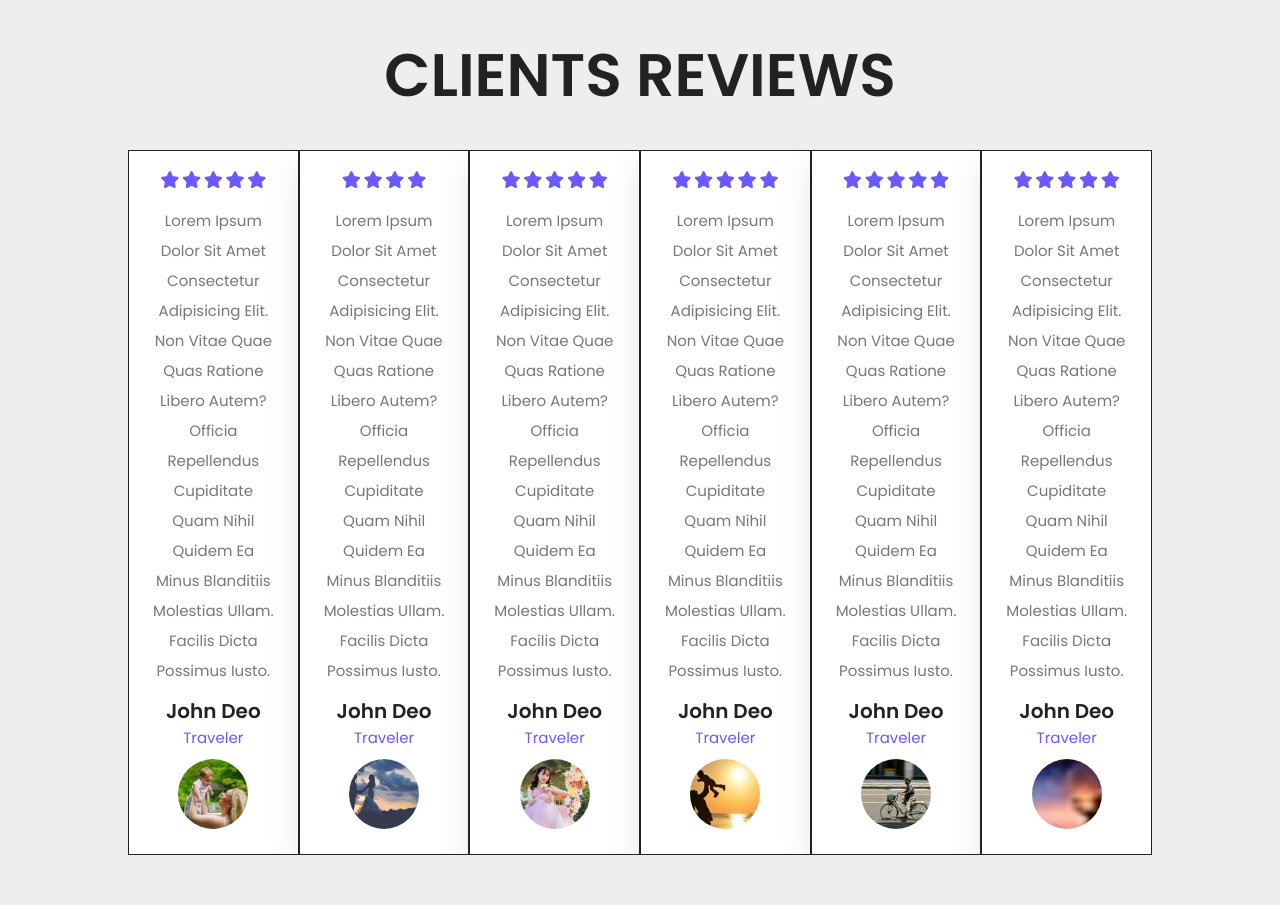
Repository: CTCuong/Traveloka-Web
Page: assets/about.html
The author's editor kept a copy of each file at every save. The page is drawn from the files as they stood at one save, then again after the next save.
The browser window is 1280 px wide. The pictures show the part of the page from y = 1059 to 1964 px (the page is 2610 px tall).
Pictures or frames that could not be fetched are drawn as grey boxes. A picture or video elsewhere on the page could not be fetched, so the positions and the page height are approximate. Backgrounds fixed to the window are drawn as part of the page.

Above is the page before, as saved 2023-07-07 11:13:57.

### assets/about.html
<!DOCTYPE html>
<html lang="en">
<head>
    <meta charset="UTF-8">
    <meta name="viewport" content="width=device-width, initial-scale=1.0">
    <title>About</title>
    <!--swiper css-->
    <link rel="stylesheet"href="https://cdn.jsdelivr.net/npm/swiper@9/swiper-bundle.min.css"/>
    <!--font awesome link-->
    <link rel="stylesheet" href="https://cdnjs.cloudflare.com/ajax/libs/font-awesome/6.4.0/css/all.min.css">
    <!-- css file link -->
    <link rel="stylesheet" href="/assets/css/style.css">
</head>
<body>
    <!-- header section starts -->
    <section class="header">
        <a href="home.html" class="logo">travel.</a>

        <nav class="navbar">
            <a href="home.html">Home</a>
            <a href="about.html">About</a>
            <a href="package.html">Package</a>
            <a href="book.html">Book</a>

        </nav>

        <div id="menu-btn" class="fas fa-bars"></div>
    </section>
    <!-- header section ends -->

    <div class="heading" style="background: url(/assets/image/About/240_F_206413834_XndsGAeui9ENStTXTna9Szj1tS5tQUZo.jpg) no-repeat;">
        <h1>about us</h1>
    </div>

    <!-- footer section starts -->


    <!-- about section starts -->
    <section class="about">
        <div class="image">

            <img src="/assets/image/About/beautiful-sunrise-fishing-dip-nets-pakpra-phatthalung-thailand_335224-816.avif" alt="">
        </div>

        <div class="content">
            <h3>why choose us?</h3>
            <p>Lorem ipsum dolor, sit amet consectetur adipisicing elit. Temporibus
            velit facilis similique incidunt laboriosam cumque accusamus cum id. Accusantium, dolore.</p>
            <p>Lorem ipsum dolor sit amet consectetur adipisicing elit. Consequatur quis inventore nisi
            velit! Perferendis cum cupiditate explicabo, rerum eos suscipit et asperiores quasi rem delectus
            vel alias similique, perspiciatis fuga.</p>

            <div class="icons-container">
                <div class="icons">
                    <i class="fas fa-map"></i>
                    <span>top destinations</span>
                </div>

                <div class="icons">
                    <i class="fas fa-hand-holding-usd"></i>
                    <span>affordable price</span>
                </div>

                <div class="icons">
                    <i class="fas fa-headset"></i>
                    <span>24/7 guide service</span>
                </div>

            </div>

        </div>

    </section>
    <!-- about section ends -->

    <!-- reviews section starts -->

    <section class="reviews">

        <h1 class="heading-title"> clients reviews </h1>

        <div class=" swiper reviews-slider">

            <div class="swiper-wrapper">

                <div class="swiper-slider slide">
                    <div class="stars">
                        <i class="fas fa-star"></i>
                        <i class="fas fa-star"></i>
                        <i class="fas fa-star"></i>
                        <i class="fas fa-star"></i>
                        <i class="fas fa-star"></i>
                    </div>
                    <p>Lorem ipsum dolor sit amet consectetur adipisicing elit.
                    Non vitae quae quas ratione libero autem? Officia repellendus cupiditate quam nihil
                    quidem ea minus blanditiis molestias ullam. Facilis dicta possimus iusto.</p>
                    <h3>john deo</h3>
                    <span>traveler</span>
                    <img src="/assets/image/reviews/1.jpg" alt="">
                </div>

                <div class="swiper-slider slide">
                    <div class="stars">

                        <i class="fas fa-star"></i>
                        <i class="fas fa-star"></i>
                        <i class="fas fa-star"></i>
                        <i class="fas fa-star"></i>
                    </div>
                    <p>Lorem ipsum dolor sit amet consectetur adipisicing elit.
                    Non vitae quae quas ratione libero autem? Officia repellendus cupiditate quam nihil
                    quidem ea minus blanditiis molestias ullam. Facilis dicta possimus iusto.</p>
                    <h3>john deo</h3>
                    <span>traveler</span>
                    <img src="/assets/image/reviews/2.jpg" alt="">
                </div>

                <div class="swiper-slider slide">
                    <div class="stars">

                        <i class="fas fa-star"></i>
                        <i class="fas fa-star"></i>
                        <i class="fas fa-star"></i>
                        <i class="fas fa-star"></i>
                        <i class="fas fa-star"></i>
                    </div>
                    <p>Lorem ipsum dolor sit amet consectetur adipisicing elit.
                    Non vitae quae quas ratione libero autem? Officia repellendus cupiditate quam nihil
                    quidem ea minus blanditiis molestias ullam. Facilis dicta possimus iusto.</p>
                    <h3>john deo</h3>
                    <span>traveler</span>
                    <img src="/assets/image/reviews/3.jpg" alt="">
                </div>

                <div class="swiper-slider slide">
                    <div class="stars">

                        <i class="fas fa-star"></i>
                        <i class="fas fa-star"></i>
                        <i class="fas fa-star"></i>
                        <i class="fas fa-star"></i>
                        <i class="fas fa-star"></i>
                    </div>
                    <p>Lorem ipsum dolor sit amet consectetur adipisicing elit.
                    Non vitae quae quas ratione libero autem? Officia repellendus cupiditate quam nihil
                    quidem ea minus blanditiis molestias ullam. Facilis dicta possimus iusto.</p>
                    <h3>john deo</h3>
                    <span>traveler</span>
                    <img src="/assets/image/reviews/4.jpg" alt="">
                </div>

                <div class="swiper-slider slide">
                    <div class="stars">

                        <i class="fas fa-star"></i>
                        <i class="fas fa-star"></i>
                        <i class="fas fa-star"></i>
                        <i class="fas fa-star"></i>
                        <i class="fas fa-star"></i>
                    </div>
                    <p>Lorem ipsum dolor sit amet consectetur adipisicing elit.
                    Non vitae quae quas ratione libero autem? Officia repellendus cupiditate quam nihil
                    quidem ea minus blanditiis molestias ullam. Facilis dicta possimus iusto.</p>
                    <h3>john deo</h3>
                    <span>traveler</span>
                    <img src="/assets/image/reviews/5.jpg" alt="">
                </div>

                <div class="swiper-slider slide">
                    <div class="stars">

                        <i class="fas fa-star"></i>
                        <i class="fas fa-star"></i>
                        <i class="fas fa-star"></i>
                        <i class="fas fa-star"></i>
                        <i class="fas fa-star"></i>
                    </div>
                    <p>Lorem ipsum dolor sit amet consectetur adipisicing elit.
                    Non vitae quae quas ratione libero autem? Officia repellendus cupiditate quam nihil
                    quidem ea minus blanditiis molestias ullam. Facilis dicta possimus iusto.</p>
                    <h3>john deo</h3>
                    <span>traveler</span>
                    <img src="/assets/image/reviews/6.jpg" alt="">
                </div>

            </div>

        </div>
    </section>
    <!-- reviews section ends -->


    <section class="footer">
        <div class="box-container">

            <div class="box">
                <h3>quick links</h3>
                <a href="home.html"><i class="fas fa-angle-right"></i>Home</a>
                <a href="about.html"><i class="fas fa-angle-right"></i>About</a>
                <a href="package.html"><i class="fas fa-angle-right"></i>Package</a>
                <a href="book.html"><i class="fas fa-angle-right"></i>Book</a>
            </div>

            <div class="box">
                <h3>extra links</h3>
                <a href="#"><i class="fas fa-angle-right"></i> ask question</a>
                <a href="#"><i class="fas fa-angle-right"></i> about us</a>
                <a href="#"><i class="fas fa-angle-right"></i> privacy policy</a>
                <a href="#"><i class="fas fa-angle-right"></i> terms of use</a>
            </div>

            <div class="box">
                <h3>contract info</h3>
                <a href="#"><i class="fas fa-phone"></i> +84 098-326-789 </a>
                <a href="#"><i class="fas fa-phone"></i> +84 023-908-7865 </a>
                <a href="#"><i class="fas fa-envelope"></i> travekhanas@gmail.com </a>
                <a href="#"><i class="fas fa-map"></i> HaNoi, VietNam   </a>
            </div>

            <div class="box">
                <h3>follow us</h3>
                <a href="#"><i class="fab fa-facebook"></i> facebook </a>
                <a href="#"><i class="fab fa-twitter"></i> twitter </a>
                <a href="#"><i class="fab fa-instagram"></i> instagram </a>
                <a href="#"><i class="fab fa-telegram"></i> telegram </a>
            </div>

        </div>

        <div class="credit"> created by <span>mr. Cao Tran Cuong</span> | all rights reserved! </div>
    </section>
    <!-- footer section ends -->

    <!--swiper js-->
    <script src="https://cdn.jsdelivr.net/npm/swiper@9/swiper-bundle.min.js"></script>
    <!-- js file link -->
    <script src="/assets/js/scrip.js"></script>
</body>
</html>

### assets/css/style.css
@import url('https://fonts.googleapis.com/css2?family=Poppins:ital,wght@0,100;0,200;0,300;0,400;0,500;0,600;1,100;1,200;1,300;1,400;1,500;1,600&display=swap');

:root {
    --main-color:#6A5AF9;
    --black:#222;
    --white: #fff;
    --light-black:#777;
    --light-white:#fff9;
    --drak-bg:rgba(0,0,0,.7);
    --light-bg:#eee;
    --border: .1rem solid #222;
    --text-shadow:0 1.5rem 3rem rgba(0,0,0,.3);
    --box-shadow:0 1.5rem 3rem rgba(0,0,0,.1);
}
* {
    font-family: 'Poppins', sans-serif;
    margin: 0; padding: 0;
    outline: none;border: none;
    box-sizing: border-box;
    text-decoration: none;
    text-transform: capitalize;

}

html {
    font-size: 62.5%;
    overflow-x: hidden;
}

html::-webkit-scrollbar {
    width : 1rem;
}

html::-webkit-scrollbar-track {
    background-color: var(--white);
}

html::-webkit-scrollbar-thumb {
    background-color: var(--main-color);
}
section {
    padding: 5rem 10%;
}
.header {
    position: sticky;
    top:0; left: 0; right: 0;
    z-index: 1000;
    background-color: var(--white);
    display: flex;
    padding-top: 2rem;
    padding-bottom: 2rem;
    box-shadow: var(--box-shadow);
    align-items: center;
    justify-content:space-between;
}

.header .logo {
    font-size: 2.5rem;
    color: var(--black);
}

.header .navbar a {
    font-size: 2rem;
    margin-left: 2rem;
    color: var(--black);
}

#menu-btn {
    font-size: 2.5rem;
    color: var(--black);
    cursor: pointer;
    display: none;
}

.home {
    padding: 0;
}

.home .slide {
    text-align: center;
    padding: 2rem;
    display: flex;
    align-items: center;
    justify-content: center;
    background-size: cover !important;
    background-position: center !important;
    min-height: 60rem;
}

.home .slide .content {
    width: 85rem;
    display: none;
}

.home .swiper-slide-active .content {
    display: inline-block;
}

.home .slide .content span {
    display: block;
    font-size: 2.2rem;
    color: var(--light-white);
    padding-bottom: 1rem;
    animation:fadeIn .4s linear backwards .2s;
}

.home .slide .content h3 {
    font-size: 6vw;
    color: var(--white);
    text-transform: uppercase;
    line-height: 1;
    text-shadow: var(--text-shadow);
    padding: 1rem 0;
    animation:fadeIn .4s linear backwards .4s;
}

.home .slide .content .btn {
    animation:fadeIn .4s linear backwards .6s;
}


@keyframes fadeIn {
    0% {
        transform: scale(0);
        opacity: 0;
    }
}


.heading {
    background-size: cover !important;
    background-position: center !important;
    padding-top: 10rem;
    padding-bottom: 15rem;
    display: flex;
    align-items: center;
    justify-content: center;
}

.heading h1 {
    font-size: 10rem;
    text-transform: uppercase;
    color: var(--white);
    text-shadow: var(--box-shadow);
}

.about {
    display: flex;
    align-items: center;
    flex-wrap: wrap;
    gap:3rem;
}

.about .image {
    flex: 1 1 41rem;
}

.about .image img {
    width: 100%;
}

.about .content {
    flex: 1 1 41rem;
    text-align: center;
}

.about .content h3 {
    font-size: 3rem;
    color: var(--black);
}

.about .content p {
    font-size: 1.5rem;
    color: var(--light-black);
    line-height: 2;
    padding: 1rem 0;
}

.about .content .icons-container {
    margin-top: 2rem;
    display: flex;
    flex-wrap: wrap;
    gap :1.5rem;
    align-items: flex-end;
}

.about .content .icons-container .icons {
    background: var(--light-bg);
    padding: 2rem;
    flex: 1 1  10rem;
}

.about .content .icons-container .icons i {
    font-size: 4rem;
    margin-top: 2rem;
    color:  var(--main-color);
}

.about .content .icons-container .icons span {
    font-size: 1.5rem;
    color: var(--light-black);
    display: block;
}

.reviews {
    background: var(--light-bg);
}

.reviews .slide {
    padding: 2rem;
    border: var(--border);
    background: var(--white);
    text-align: center;
    box-shadow: var(--box-shadow);
    user-select: none;
}

.reviews .slide .stars i {
    font-size: 1.7rem;
    color: var(--main-color);
}

.reviews .slide p {
    font-size: 1.5rem;
    color: var(--light-black);
    line-height: 2;
    padding: 1rem 0;
}

.reviews .slide h3 {
    font-size: 2rem;
    color: var(--black);
}

.reviews .slide span {
    font-size: 1.5rem;
    color: var(--main-color);
    display: block;
}

.reviews .slide img {
    height: 7rem;
    width: 7rem;
    border-radius: 50%;
    object-fit: cover;
    margin-top: 1rem;
}

.reviews .slide .stars {
    padding-bottom: .5rem;
}




.btn {
    display: inline-block;
    background: var(--black);
    margin-top: 1rem;
    color: var(--white);
    font-size: 1.7rem;
    padding: 1rem 3rem;
    cursor: pointer;

}

.btn:hover {
    background: var(--main-color);
}

.home-about {
    display: flex;
    align-items: center;
    flex-wrap: wrap;
}

.home-about .image {
    flex: 1 1 41rem;
}

.home-about .image img {
    width: 100%;

}

.home-about .content {
    flex: 1 1 41rem;
    padding: 3rem;
    background: var(--light-bg);
}

.home-about .content h3 {
    font-size: 3rem;
    color: var(--black);
}

.home-about .content p {
    font-size: 1.5rem;
    padding: 1rem;
    line-height:2 ;
    color: var(--black);
}

.home-packages {
    background: var(--light-bg);
}

.home-packages .box-container .box {
    border: var(--border);
    box-shadow: var(--box-shadow);
    background: var(--white);
}

.home-packages .box-container {
    display: grid;
    grid-template-columns: repeat(auto-fit, minmax(30rem, 1fr));
    gap : 2rem;
}

.home-packages .box-container .box .image {
    height: 25rem;
    overflow: hidden;
}

.home-packages .box-container .box .image img {
    height: 100%;
    width: 100%;
    object-fit: cover;
    transition: .2s linear;
}

.home-packages .box-container .box .content {
    padding: 2rem;
    text-align: center;

}

.home-packages .box-container .box .content h3 {
    font-size: 2.5rem;
    color: var(--black);
}

.home-packages .box-container .box .content p {
    font-size: 1.5rem;
    color: var(--light-black);
    line-height: 2;
    padding: 1rem 0;
}

.home-packages .load-more {
    text-align: center;
    margin-top: 2rem;
}

.home-offer {
    text-align: center;
}

.home-offer .content {
    max-width: 50rem;
    margin: 0 auto;
}

.home-offer .content h3 {
    font-size: 3.5rem;
    text-transform: uppercase;
    color: var(--black);
}

.home-offer .content p {
    font-size: 1.5rem;
    color: var(--black);
    line-height: 2;
    padding: 1rem 0;
}


.services .box-container {
    display: grid;
    grid-template-columns: repeat(auto-fit, minmax(16rem, 1fr));
    gap : 1.5rem;
}

.services .box-container .box {
    padding: 3rem 2rem;
    text-align: center;
    background: var(--main-color);
    cursor: pointer;
}


.services .box-container .box:hover {
    background: var(--black) ;
}

.services .box-container .box h3 {
    color: var(--white);
    font-size: 1,7rem;
    padding-top: 1rem;
}

.services .box-container .box img {
    height: 7rem;
}

.heading-title {
    text-align: center;
    margin-bottom: 3rem;
    font-size: 6rem;
    text-transform: uppercase;
    color: var(--black);
}





























.footer {
    background:url(/assets/image/Footer/low-angle-nature-night-time.jpg) no-repeat;
    background-size: cover;
    background-position: center;
    background-attachment: fixed;
}

.footer .box-container {
    display: grid;
    grid-template-columns: repeat(auto-fit, minmax(25rem, 1fr));
    gap : 3rem;
}

.footer .box-container .box h3{
    color: var(--white);
    font-size: 2.5rem;
    padding-bottom: 2rem;
}

.footer .box-container .box a {
    color: var(--light-white);
    font-size: 1.5rem;
    padding-bottom: 1.5rem;
    display: block;
}

.footer .box-container .box a i {
    color: var(--main-color);
    padding-right: .5rem;
    transition: .2s linear ;
}

.footer .box-container .box a:hover i {
    padding-right: 2rem;
}

.footer .credit {
    text-align: center;
    padding-top: 3.5rem;
    margin-top: 3rem;
    border-top: .1rem solid var(--light-bg);
    font-size: 2rem;
    color: var(--white);
}

.footer .credit span {
    color:var(--main-color);
}



/* media queries */
@media (max-width:1200px) {

    section {
        padding: 3rem 5%;
    }

}

@media (max-width:991px) {

    html {
        font-size: 55%;
    }

    section {
        padding: 3rem 2rem;
    }

    .home .slide .content h3 {
        font-size: 10vw;
    }
}

@media (max-width:768px) {
    #menu-btn {
         display: inline-block;
         transition: .2s linear;
    }

    #menu-btn.fa-times {
        transform: rotate(180deg);
    }

    .header .navbar {
        position: absolute;
        top:99%; left:0; right:0;
        background-color: var(--white);
        border-top: var(--border);
        padding: 2rem;
        transition: .2s linear;
        clip-path: polygon(0 0, 100% 0, 100% 0, 0 0);
    }

    .header .navbar.active {
        clip-path: polygon(0 0, 100% 0, 100% 100%, 0 100%);
    }

    .header .navbar a {
        display:block;
        margin: 2rem;
        text-align: center ;
    }

}
@media (max-width:450px) {

    html {
        font-size: 50%;
    }

    .heading-title {
        font-size: 3.5rem;
    }

}

### assets/js/scrip.js
let menu = document.querySelector('#menu-btn');
let navbar = document.querySelector('.header .navbar');

menu.onclick = () =>{
    menu.classList.toggle('fa-times');
    navbar.classList.toggle('active');
};

window.onscroll = () => {
    menu.classList.remove('fa-times')
    navbar.classList.remove('active')

};

var swiper = new Swiper(".home-slider", {
  loop:true,
  navigation: {
    nextEl: ".swiper-button-next",
    prevEl: ".swiper-button-prev",
  },
});

After the next save:
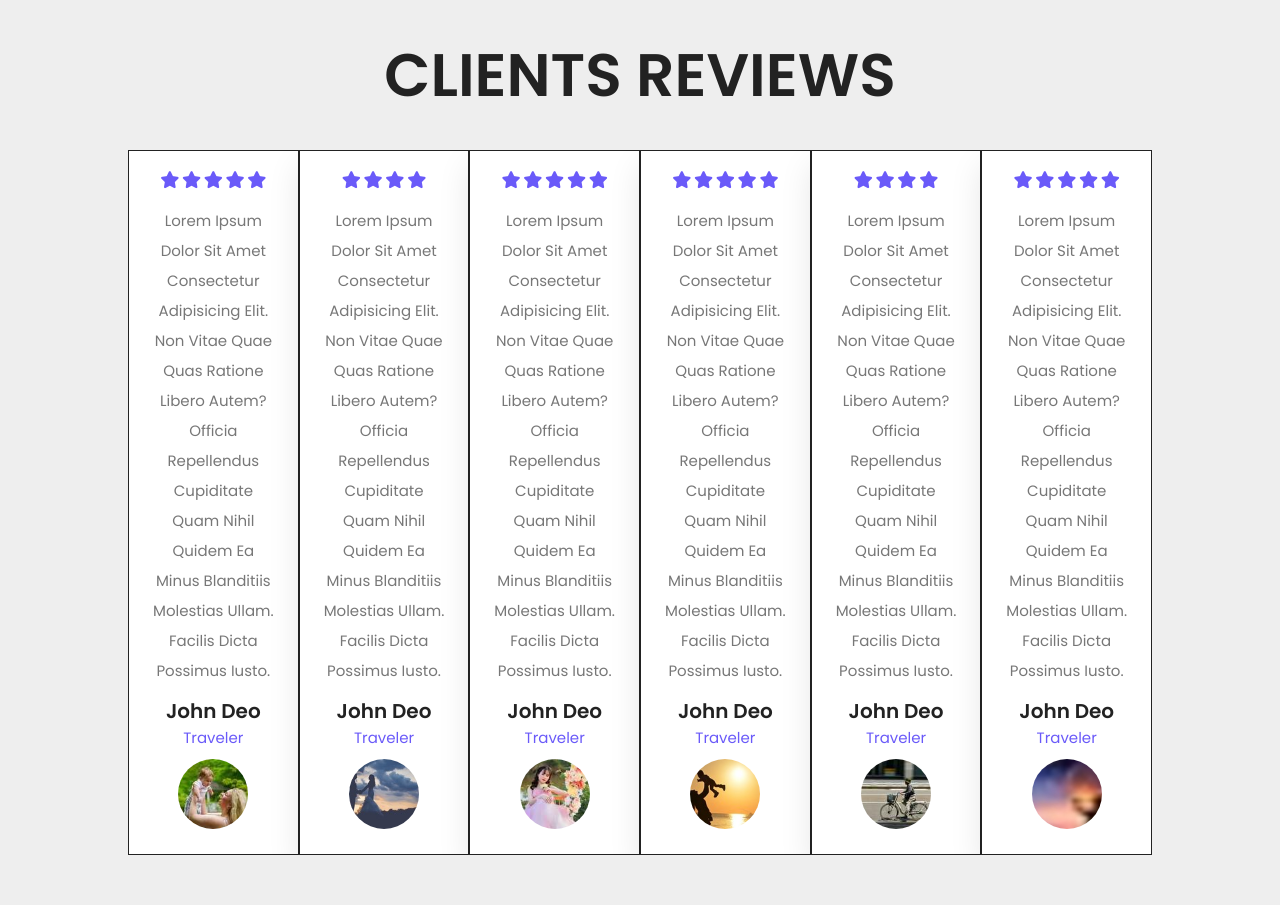
Saved 24 s later.
--- a/assets/about.html
+++ b/assets/about.html
@@ -156,7 +156,6 @@
                         <i class="fas fa-star"></i>
                         <i class="fas fa-star"></i>
                         <i class="fas fa-star"></i>
-                        <i class="fas fa-star"></i>
                     </div>
                     <p>Lorem ipsum dolor sit amet consectetur adipisicing elit.
                     Non vitae quae quas ratione libero autem? Officia repellendus cupiditate quam nihil
